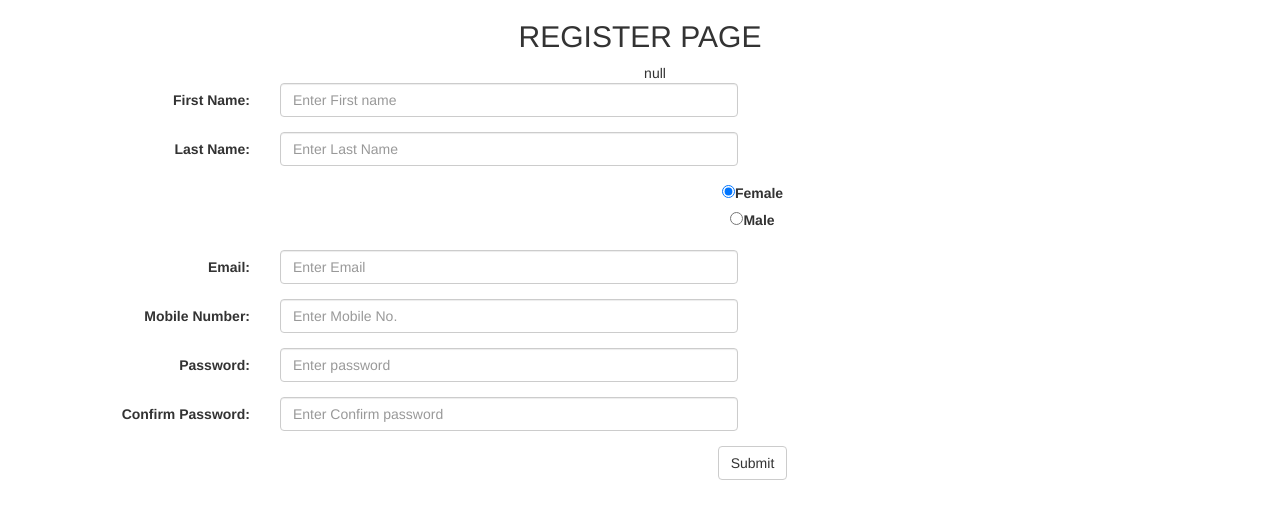
Repository: AvantiKopulwar/Task-Workspace
Page: http://localhost/AdminStudentLogin/register.jsp
An editor plug-in stored every save of this project. The page is shown before and after the next save, followed by the edit.
The browser window is 1280 px wide. The pictures show the whole page.
The page is served by Tomcat 9. Other server files are loaded and not shown.

Above is the page before, as saved 2018-10-04 12:56:34.

### AdminStudentLogin/WebContent/register.jsp

<%@ page language="java" contentType="text/html; charset=ISO-8859-1"
	pageEncoding="ISO-8859-1"%>
<!DOCTYPE html>
<html>
<head>
<title>Register Page</title>
<meta charset="utf-8">
<meta name="viewport" content="width=device-width, initial-scale=1">
<link rel="stylesheet"
	href="https://maxcdn.bootstrapcdn.com/bootstrap/3.3.7/css/bootstrap.min.css">
<script
	src="https://ajax.googleapis.com/ajax/libs/jquery/3.3.1/jquery.min.js"></script>
<script
	src="https://maxcdn.bootstrapcdn.com/bootstrap/3.3.7/js/bootstrap.min.js"></script>
</head>
<body>

	<div class="container">
		<h2 align="center">REGISTER PAGE</h2>
		<form class="form-horizontal" action="register">
			<div class="container" align="center" fontcolor="red">
				<form class="form-horizontal">
					<%
						String message = (String) request.getAttribute("msg");
						out.println(message);
					%>
				</form>
				<div class="form-group">
					<label class="control-label col-sm-2" for="firstName">First
						Name:</label>
					<div class="col-sm-5">
						<input type="text" class="form-control" id="firstName"
							placeholder="Enter First name" name="firstName">
					</div>
				</div>
				<div class="form-group">
					<label class="control-label col-sm-2" for="lastName">Last
						Name:</label>
					<div class="col-sm-5">
						<input type="text" class="form-control" id="lastName"
							placeholder="Enter Last Name" name="lastName">
					</div>
				</div>
				<div class="form-group ">
					<label class="col-sm-offset-2 col-sm-10"> <input
						type="radio" name="optradio" checked>Female
					</label> <label class="col-sm-offset-2 col-sm-10"> <input
						type="radio" name="optradio">Male
					</label>
				</div>

				<div class="form-group">
					<label class="control-label col-sm-2" for="email">Email:</label>
					<div class="col-sm-5">
						<input type="text" class="form-control" id="email"
							placeholder="Enter Email" name="email">
					</div>
				</div>
				<div class="form-group">
					<label class="control-label col-sm-2" for="mobNo">Mobile
						Number:</label>
					<div class="col-sm-5">
						<input type="text" class="form-control" id="mobNo"
							placeholder="Enter Mobile No." name="mobNo">
					</div>
				</div>
				<div class="form-group">
					<label class="control-label col-sm-2" for="password">Password:</label>
					<div class="col-sm-5">
						<input type="password" class="form-control" id="password"
							placeholder="Enter password" name="password">
					</div>
				</div>
				<div class="form-group">
					<label class="control-label col-sm-2" for="conpassword">Confirm
						Password:</label>
					<div class="col-sm-5">
						<input type="password" class="form-control" id="conpassword"
							placeholder="Enter Confirm password" name="conpassword">
					</div>
				</div>
				<div class="form-group">
					<div class="col-sm-offset-2 col-sm-10">
						<button type="submit" class="btn btn-default">Submit</button>
					</div>
				</div>
		</form>
	</div>
</body>
</html>

After the next save:
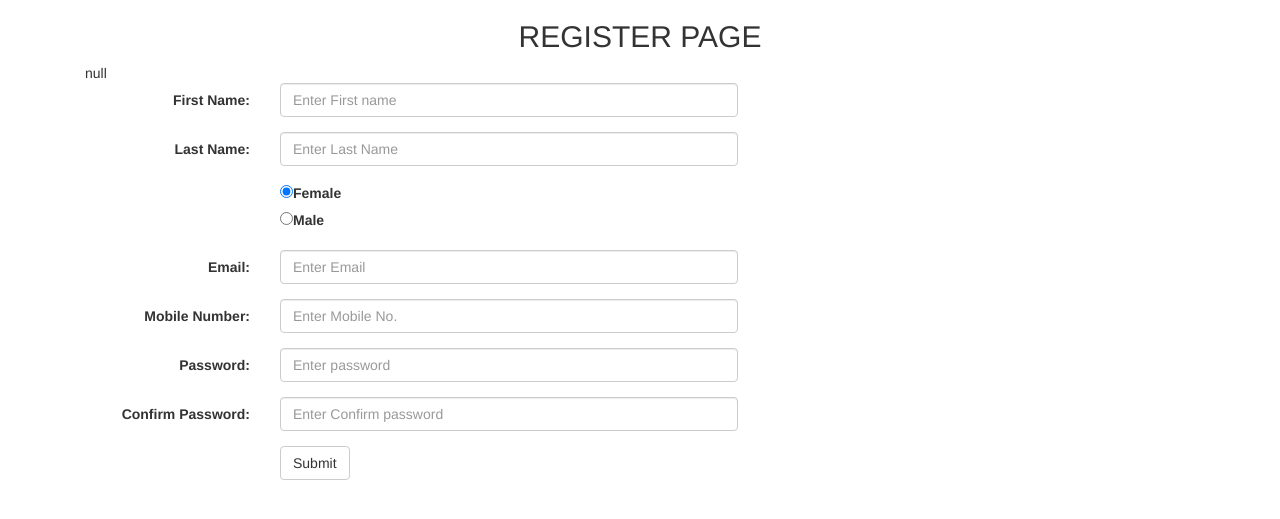
Saved 35 s later.
--- a/AdminStudentLogin/WebContent/register.jsp
+++ b/AdminStudentLogin/WebContent/register.jsp
@@ -19,8 +19,8 @@
 	<div class="container">
 		<h2 align="center">REGISTER PAGE</h2>
 		<form class="form-horizontal" action="register">
-			<div class="container" align="center" fontcolor="red">
-				<form class="form-horizontal">
+			<div class="container">
+				<form class="form-horizontal" align="center" fontcolor="red">
 					<%
 						String message = (String) request.getAttribute("msg");
 						out.println(message);
